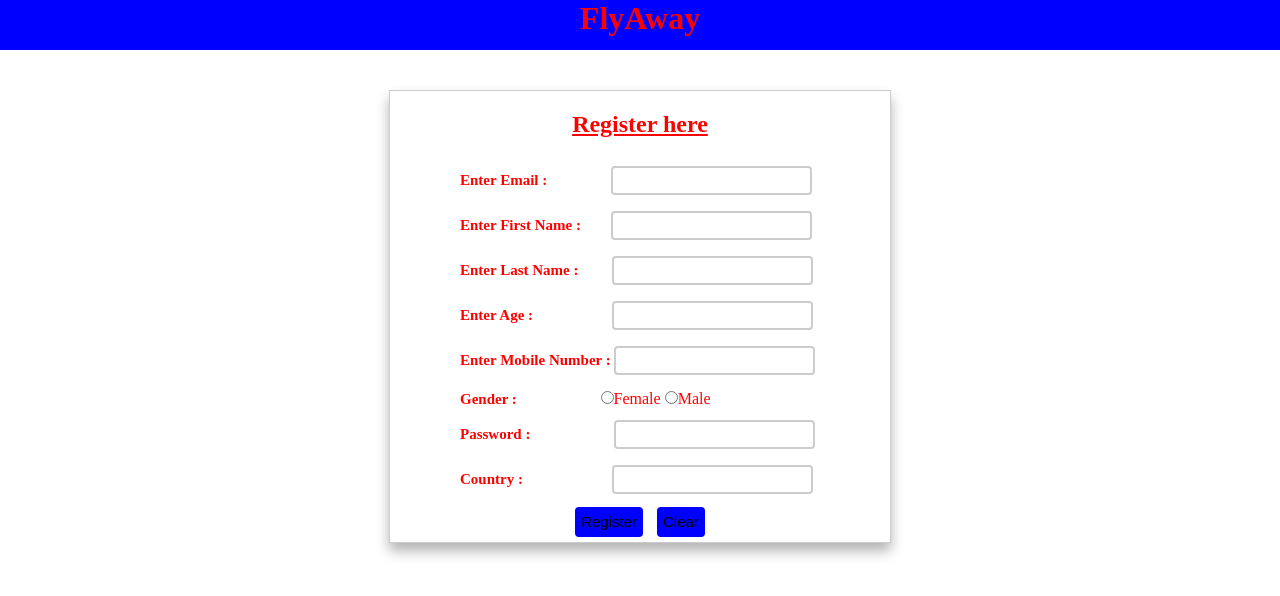
Repository: KartikMuchakandimath/Flyaway
Page: http://localhost/FlayAway/
The author's editor kept a copy of each file at every save. The page is drawn from the files as they stood at one save, then again after the next save.
The browser window is 1280 px wide. The pictures show the whole page.
The page is served by Tomcat 9. Other server files are loaded and not shown.

Above is the page before, as saved 2022-04-22 19:46:38.

### FlayAway/src/main/webapp/Registration.jsp
<%@ page language="java" contentType="text/html; charset=ISO-8859-1"
    pageEncoding="ISO-8859-1"%>
<!DOCTYPE html>
<html>
<head>

<meta charset="ISO-8859-1">
<title>Register</title>
<style>
body{
margin : 0;
padding : 0;
}
.head{
background-color : #0000FF;
color : #FF0000;
height : 50px;
}
h1{
	margin: auto;
	font-family : "Times New Roman", Times, serif;
	text-align : center;
}
.register-box{
	margin :auto;
	margin-top : 40px;
	color: #FF0000;
	width : 500px;
	border : 1px solid #ccc;
	box-shadow : 0 8px 12px 0px rgba(0,0,0,0.3);
	positive : absolute;
}
label{
	font-weight : bold;
	padding-left: 70px ;
	font-size: 15px;

}
input{
	padding: 5px 10px;
  	margin: 8px 0;
  	display: inline-block;
  	border: 2px solid #ccc;
  	border-radius: 4px;
  	box-sizing: border-box;

}
button{
  	border-radius: 4px;
	border:none;
	height: 30px;
	display : inline-block;
	font-size : 15px;
	font-width : bold;
	background-color: rgb(0,0,255);
	margin : 5px;
}
</style>

</head>
<body>
<div class="head">
	<h1>FlyAway</h1>
</div>
<div class="register-box">
	<div>
	<h2><center><u>Register here</u></center></h2>
	</div>
	<div>
		<form action="Register" method="post">
			<label style="padding-right: 60px;">Enter Email : </label><input type="email" name="email" required="required"><br>
			<label style="padding-right: 30px;">Enter First Name :</label><input type="text" name="fname" required="required"><br>
			<label style="padding-right: 30px;">Enter Last Name : </label><input type="text" name="lname" required="required"><br>
			<label style="padding-right: 75px;">Enter Age : </label><input type="number" name="age" maxlength="2" required="required">	<br>
			<label>Enter Mobile Number : </label><input type="text" name="contact" maxlength="10" required="required"><br>
			<label style="padding-right: 80px;">Gender : </label><span><input type="radio" name="gender" value="female">Female
				    	<input type="radio" name="gender" value="Male">Male</span><br/>
		    <label style="padding-right: 80px;">Password : </label><input type="password" name="password"><br/>
			<label style="padding-right: 85px;">Country : </label><input type="text" name="country" required="required"><br>

			<center><button type="submit">Register</button>		    <button type="reset">Clear</button>	</center>

		</form>
	</div>
</div>
</body>
</html>

After the next save:
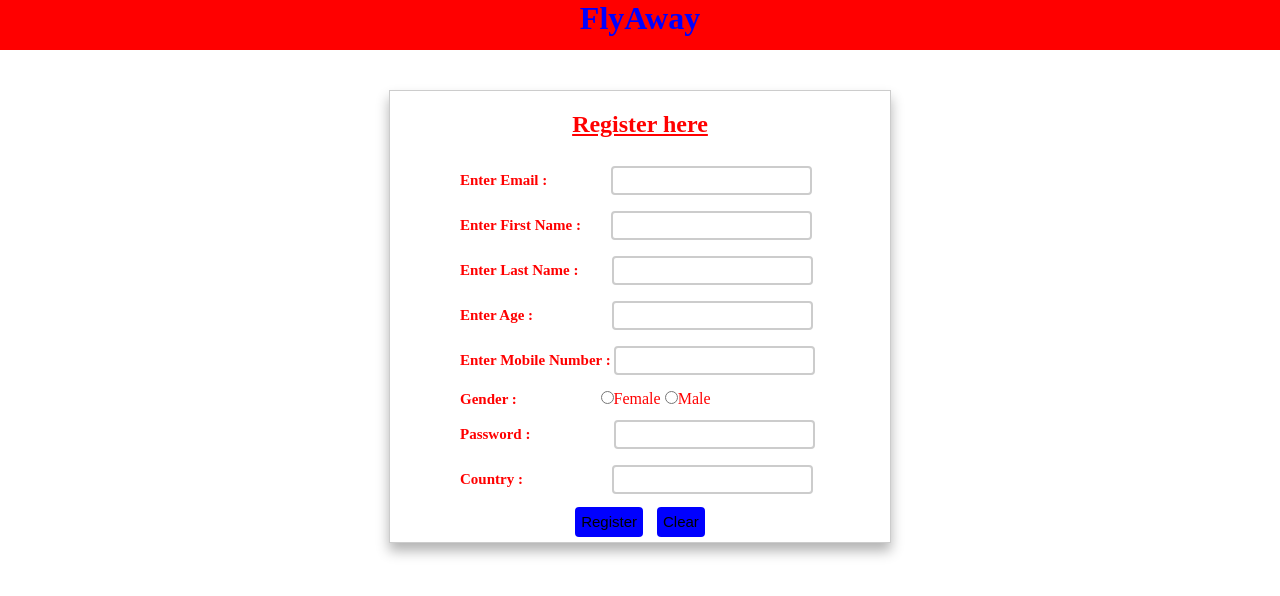
Saved 48 s later.
--- a/FlayAway/src/main/webapp/Registration.jsp
+++ b/FlayAway/src/main/webapp/Registration.jsp
@@ -12,8 +12,8 @@
 padding : 0;
 }
 .head{
-background-color : #0000FF;
-color : #FF0000;
+background-color :#FF0000 ;
+color : #0000FF;
 height : 50px;
 }
 h1{

After the save that followed:
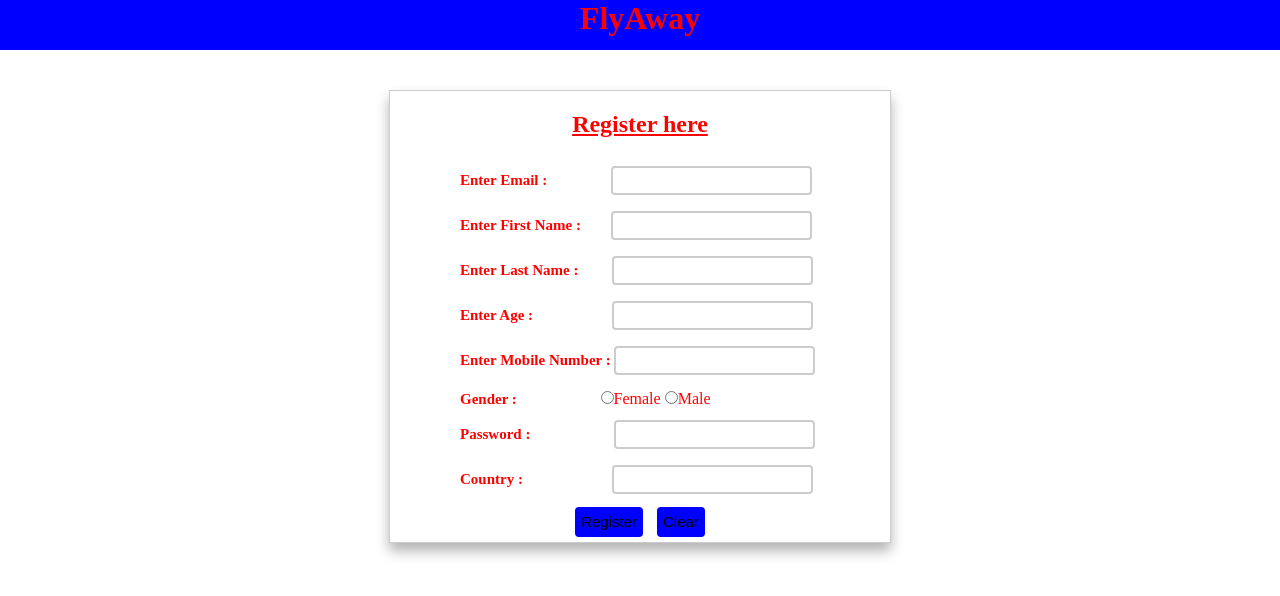
Saved 22 s later.
--- a/FlayAway/src/main/webapp/Registration.jsp
+++ b/FlayAway/src/main/webapp/Registration.jsp
@@ -12,8 +12,8 @@
 padding : 0;
 }
 .head{
-background-color :#FF0000 ;
-color : #0000FF;
+background-color : #0000FF;
+color : #FF0000;
 height : 50px;
 }
 h1{
